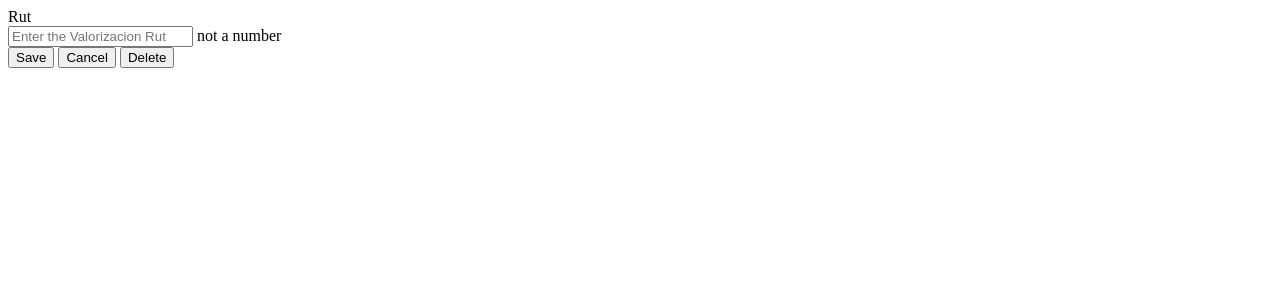
Repository: PabloRPalma/SistemaVentaSeguros
Page: Cotizador/src/main/webapp/views/Valorizacion/detail.html
An editor plug-in stored every save of this project. The page is shown before and after the next save, followed by the edit.
The browser window is 1280 px wide. The pictures show the whole page.

Above is the page before, as saved 2021-02-06 19:41:46.

### Cotizador/src/main/webapp/views/Valorizacion/detail.html

<form id="ValorizacionForm" name="ValorizacionForm" class="form-horizontal" role="form">



    <div class="form-group" ng-class="{'has-error': ValorizacionForm.rut.$invalid}">
        <label for="rut" class="col-sm-2 control-label">Rut</label>
        <div id="rutControls" class="col-sm-10">
            <input id="rut" name="rut" type="number" class="form-control" ng-model="valorizacion.rut" placeholder="Enter the Valorizacion Rut"></input>
            <span class="help-block error" ng-show="ValorizacionForm.rut.$error.number">not a number</span>
        </div>
    </div>



    <div class="form-group">
        <div class="col-sm-offset-2 col-sm-10">
            <button id="saveValorizacion" name="saveValorizacion" class="btn btn-primary" ng-disabled="isClean() || ValorizacionForm.$invalid" ng-click="save()"><span class="glyphicon glyphicon-ok-sign"></span> Save</button>
            <button id="cancel" name="cancel" class="btn btn-default" ng-click="cancel()"><span class="glyphicon glyphicon-remove-sign"></span> Cancel</button>
            <button id="deleteValorizacion" name="deleteValorizacion" class="btn btn-danger" ng-show="valorizacion.valorizacionId" ng-click="remove()"><span class="glyphicon glyphicon-trash"></span> Delete</button>
        </div>
    </div>
</form>

After the next save:
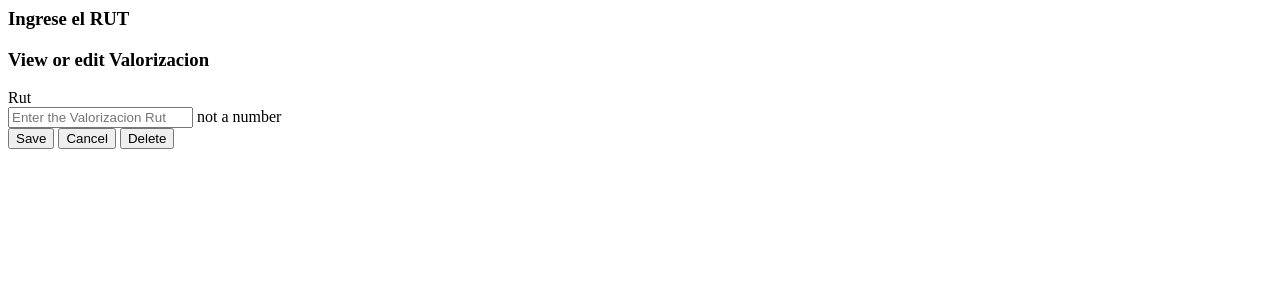
Saved 44 s later.
--- a/Cotizador/src/main/webapp/views/Valorizacion/detail.html
+++ b/Cotizador/src/main/webapp/views/Valorizacion/detail.html
@@ -1,4 +1,7 @@
-
+<header ng-switch on="$location.path().indexOf('/Valorizacions/new') > -1">
+    <h3 ng-switch-when="true">Ingrese el RUT</h3>
+    <h3 ng-switch-when="false">View or edit Valorizacion</h3>
+</header>
 <form id="ValorizacionForm" name="ValorizacionForm" class="form-horizontal" role="form">
 
 
